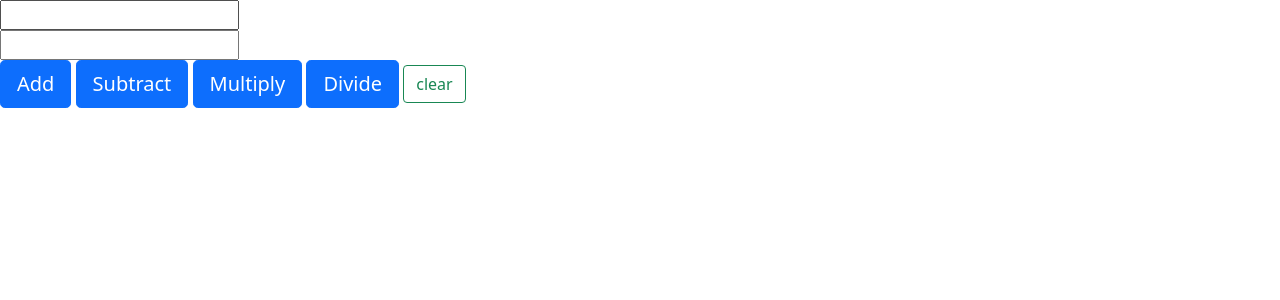
Repository: SHASHIDHAR-as/Spring
Page: spring-jsp-servelets/webapp/Webapp1/src/main/webapp/Calculator.html
These files come from the project's save history. The page is drawn as it stood at one moment and after the next save; the edit follows.
The browser window is 1280 px wide. The pictures show the whole page.

Above is the page before, as saved 2024-07-31 06:12:31.

### spring-jsp-servelets/webapp/Webapp1/src/main/webapp/Calculator.html
<!DOCTYPE html>
<html>
<head>
<meta charset="UTF-8">
<title>Calculator</title>
 <!-- Bootstrap CSS -->
    <link href="https://cdn.jsdelivr.net/npm/bootstrap@5.0.2/dist/css/bootstrap.min.css" rel="stylesheet" integrity="sha384-EVSTQN3/azprG1Anm3QDgpJLIm9Nao0Yz1ztcQTwFspd3yD65VohhpuuCOmLASjC" crossorigin="anonymous">

<script src="Scripts/calcscript.js"></script>
</head>
<body>
<input type="text" id="num1"><br>
<input type="text" id="num2"><br>

<button class="btn btn-lg btn-primary" onclick="calculate('A')">Add</button>
<button class="btn btn-lg btn-primary" onclick="calculate('S')">Subtract</button>
<button  class="btn btn-lg btn-primary"onclick="calculate('M')">Multiply</button>
<button class="btn btn-lg btn-primary" onclick="calculate('D')">Divide</button>
<button  class="btn btn-outline-success" onclick="clearvalue()">clear</button>
<p id="result"> </p>
</body>
</html>

### spring-jsp-servelets/webapp/Webapp1/src/main/webapp/Scripts/calcscript.js
/**
 *

function add(){
    var num1 = parseFloat(document.getElementById("num1").value);
    var num2 = parseFloat(document.getElementById("num2").value);
    document.getElementById("result").innerHTML=" Result is :"+(num1+num2);
    alert(num1 + num2);
}
function sub(){
    var num1 = parseFloat(document.getElementById("num1").value);
    var num2 = parseFloat(document.getElementById("num2").value);
    document.getElementById("result").innerHTML=" Result is :"+(num1-num2);
    alert(num1 - num2);
}
 */


 function calculate(option){
	var num1 = parseFloat(document.getElementById("num1").value);
    var num2 = parseFloat(document.getElementById("num2").value);
    if(isNaN(num1) ||isNaN(num2)){
		alert("Please enter proper values");
		return
	}
	switch(option){
		case 'A':result=num1+num2;
				break;

    	case 'S':
			   result=num1-num2;
				break;
    	case 'M':
			    result=num1*num2;
				break;
    	case 'D':
			    result=num1/num2;
				break;
	}
	document.getElementById("result").innerHTML=" Result is :"+result;
    			alert(result);



 }

 function clearvalue(){
  document.getElementById("num1").value="";
   document.getElementById("num2").value="";
    document.getElementById("result").innerHTML="";

}

After the next save:
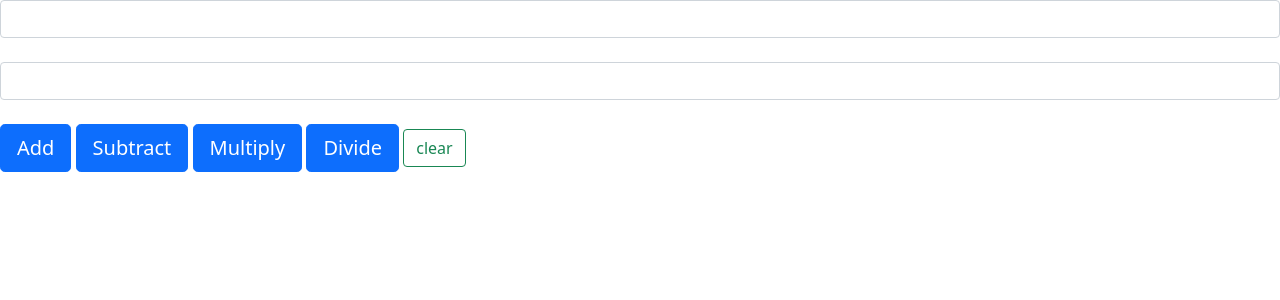
Saved 42 s later.
--- a/spring-jsp-servelets/webapp/Webapp1/src/main/webapp/Calculator.html
+++ b/spring-jsp-servelets/webapp/Webapp1/src/main/webapp/Calculator.html
@@ -9,10 +9,10 @@
 <script src="Scripts/calcscript.js"></script>
 </head>
 <body>
-<input type="text" id="num1"><br>
-<input type="text" id="num2"><br>
+<input class="form-control me-2" type="text" id="num1"><br>
+<input class="form-control me-2" type="text" id="num2"><br>
 
-<button class="btn btn-lg btn-primary" onclick="calculate('A')">Add</button>
+<button class="btn btn-lg btn-primary " onclick="calculate('A')">Add</button>
 <button class="btn btn-lg btn-primary" onclick="calculate('S')">Subtract</button>
 <button  class="btn btn-lg btn-primary"onclick="calculate('M')">Multiply</button>
 <button class="btn btn-lg btn-primary" onclick="calculate('D')">Divide</button>
